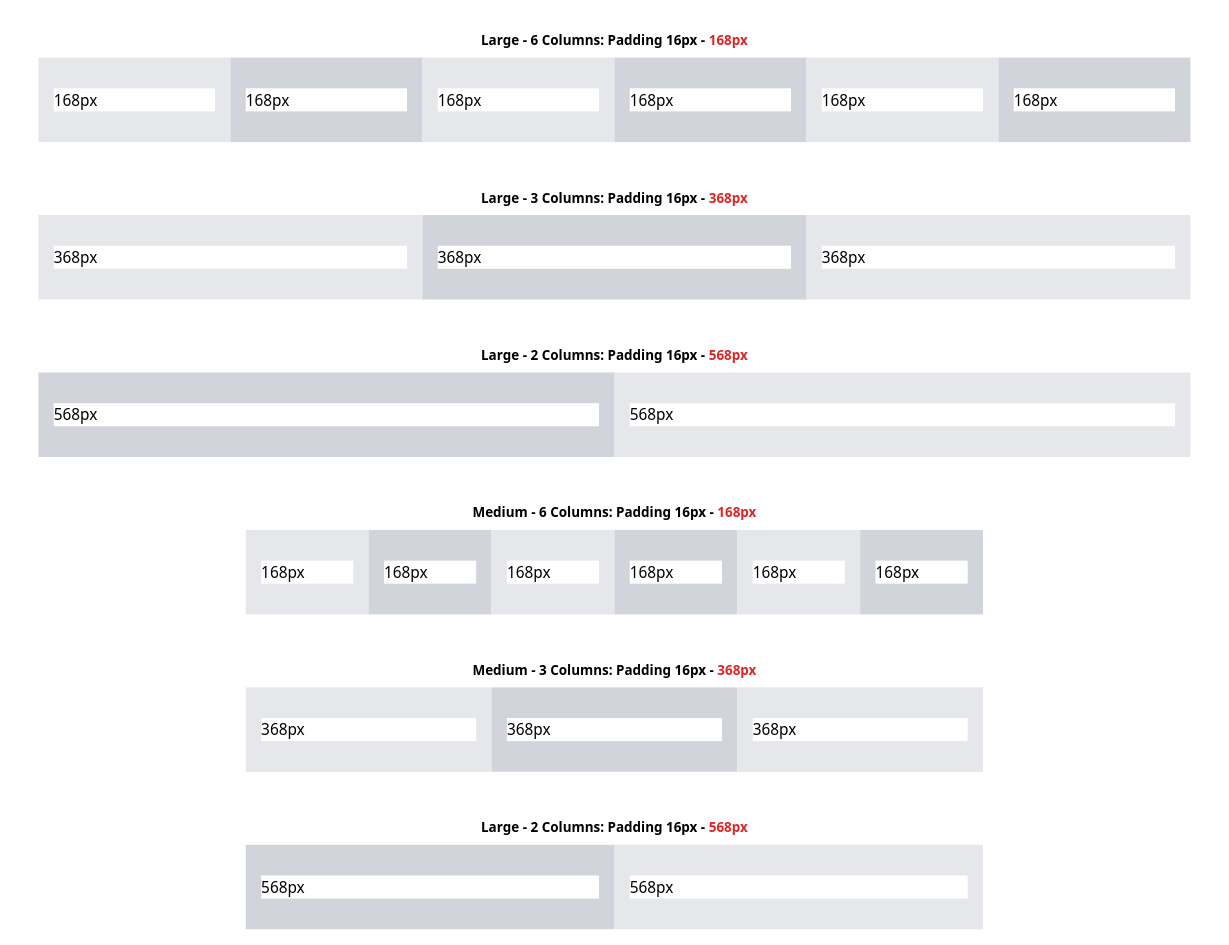
Repository: fabianwurk/vue-tailwind
Page: /
These files come from the project's save history. The page is drawn as it stood at one moment and after the next save; the edit follows.
The browser window is 1280 px wide. The pictures show the whole page, at 96% of full size.
The project was rebuilt for these pictures with package versions that can differ from the ones it lists, and the page was loaded fresh each time. Also part of the build but not shown: vite.config.js.

Above is the page before, as saved 2021-03-16 00:27:26.

### src/App.vue
<template>
  <Large />
  <Medium />
</template>

<script setup>
import Large from './components/Large.vue';
import Medium from './components/Medium.vue';

</script>

### src/components/Large.vue
<template>
  <div>

  <div class="container mx-auto">
    <h2 class="text-sm font-bold mb-2 mt-8 text-center">Large - 6 Columns: Padding 16px - <span class="text-red-600">{{ sixCol }}</span></h2>
    <div class="flex items-center">
      <div class="w-1/6 bg-gray-200 mb-4 mt-0 py-8 px-4">
        <span class="bg-white w-full block">{{ sixCol }}</span>
      </div>
      <div class="w-1/6 bg-gray-300 mb-4 mt-0 py-8 px-4">
        <span class="bg-white w-full block">{{ sixCol }}</span>
      </div>
      <div class="w-1/6 bg-gray-200 mb-4 mt-0 py-8 px-4">
        <span class="bg-white w-full block">{{ sixCol }}</span>
      </div>
      <div class="w-1/6 bg-gray-300 mb-4 mt-0 py-8 px-4">
        <span class="bg-white w-full block">{{ sixCol }}</span>
      </div>
      <div class="w-1/6 bg-gray-200 mb-4 mt-0 py-8 px-4">
        <span class="bg-white w-full block">{{ sixCol }}</span>
      </div>
      <div class="w-1/6 bg-gray-300 mb-4 mt-0 py-8 px-4">
        <span class="bg-white w-full block">{{ sixCol }}</span>
      </div>
    </div>
  </div>

  <div class="container mx-auto">
    <h2 class="text-sm font-bold mb-2 mt-8 text-center">Large - 3 Columns: Padding 16px - <span class="text-red-600">{{ threeCol }}</span></h2>
    <div class="flex items-center">
      <div class="w-1/3 bg-gray-200 mb-4 mt-0 py-8 px-4">
        <span class="bg-white w-full block">{{ threeCol }}</span>
      </div>
      <div class="w-1/3 bg-gray-300 mb-4 mt-0 py-8 px-4">
        <span class="bg-white w-full block">{{ threeCol }}</span>
      </div>
      <div class="w-1/3 bg-gray-200 mb-4 mt-0 py-8 px-4">
        <span class="bg-white w-full block">{{ threeCol }}</span>
      </div>
    </div>
  </div>

  <div class="container mx-auto">
    <h2 class="text-sm font-bold mb-2 mt-8 text-center">Large - 2 Columns: Padding 16px - <span class="text-red-600">{{ twoCol }}</span></h2>
    <div class="flex items-center">
      <div class="w-1/2 bg-gray-300 mb-4 mt-0 py-8 px-4">
        <span class="bg-white w-full block">{{ twoCol }}</span>
      </div>
      <div class="w-1/2 bg-gray-200 mb-4 mt-0 py-8 px-4">
        <span class="bg-white w-full block">{{ twoCol }}</span>
      </div>
    </div>
  </div>

  </div>
</template>

<script>
export default {
  data() {
    return {
      sixCol: "168px",
      threeCol: "368px",
      twoCol: "568px",
    };
  },
}
</script>

### src/components/Medium.vue
<template>
  <div>

  <div class="max-w-3xl mx-auto">
    <h2 class="text-sm font-bold mb-2 mt-8 text-center">Medium - 6 Columns: Padding 16px - <span class="text-red-600">{{ sixCol }}</span></h2>
    <div class="flex items-center">
      <div class="w-1/6 bg-gray-200 mb-4 mt-0 py-8 px-4">
        <span class="bg-white w-full block">{{ sixCol }}</span>
      </div>
      <div class="w-1/6 bg-gray-300 mb-4 mt-0 py-8 px-4">
        <span class="bg-white w-full block">{{ sixCol }}</span>
      </div>
      <div class="w-1/6 bg-gray-200 mb-4 mt-0 py-8 px-4">
        <span class="bg-white w-full block">{{ sixCol }}</span>
      </div>
      <div class="w-1/6 bg-gray-300 mb-4 mt-0 py-8 px-4">
        <span class="bg-white w-full block">{{ sixCol }}</span>
      </div>
      <div class="w-1/6 bg-gray-200 mb-4 mt-0 py-8 px-4">
        <span class="bg-white w-full block">{{ sixCol }}</span>
      </div>
      <div class="w-1/6 bg-gray-300 mb-4 mt-0 py-8 px-4">
        <span class="bg-white w-full block">{{ sixCol }}</span>
      </div>
    </div>
  </div>

  <div class="max-w-3xl mx-auto">
    <h2 class="text-sm font-bold mb-2 mt-8 text-center">Medium - 3 Columns: Padding 16px - <span class="text-red-600">{{ threeCol }}</span></h2>
    <div class="flex items-center">
      <div class="w-1/3 bg-gray-200 mb-4 mt-0 py-8 px-4">
        <span class="bg-white w-full block">{{ threeCol }}</span>
      </div>
      <div class="w-1/3 bg-gray-300 mb-4 mt-0 py-8 px-4">
        <span class="bg-white w-full block">{{ threeCol }}</span>
      </div>
      <div class="w-1/3 bg-gray-200 mb-4 mt-0 py-8 px-4">
        <span class="bg-white w-full block">{{ threeCol }}</span>
      </div>
    </div>
  </div>

  <div class="max-w-3xl mx-auto">
    <h2 class="text-sm font-bold mb-2 mt-8 text-center">Large - 2 Columns: Padding 16px - <span class="text-red-600">{{ twoCol }}</span></h2>
    <div class="flex items-center">
      <div class="w-1/2 bg-gray-300 mb-4 mt-0 py-8 px-4">
        <span class="bg-white w-full block">{{ twoCol }}</span>
      </div>
      <div class="w-1/2 bg-gray-200 mb-4 mt-0 py-8 px-4">
        <span class="bg-white w-full block">{{ twoCol }}</span>
      </div>
    </div>
  </div>

  </div>
</template>

<script>
export default {
  data() {
    return {
      sixCol: "168px",
      threeCol: "368px",
      twoCol: "568px",
    };
  },
}
</script>

### tailwind.config.js
module.exports = {
  purge: ['./index.html', './src/**/*.{vue,js,ts,jsx,tsx}'],
  darkMode: false, // or 'media' or 'class'
  theme: {
    extend: {
      container: {
        'md': {'max': '768px'},
      },
      screens: {
        'xl': {'min': '1200px', 'max': '1280px'},
        '2xl': {'max': '1280px'},
      },
    },
  },
  variants: {
    extend: {},
  },
  plugins: [],
}

Loaded but not shown: index.html (common file); src/main.js (common file); src/index.css (common file)

After the next save:
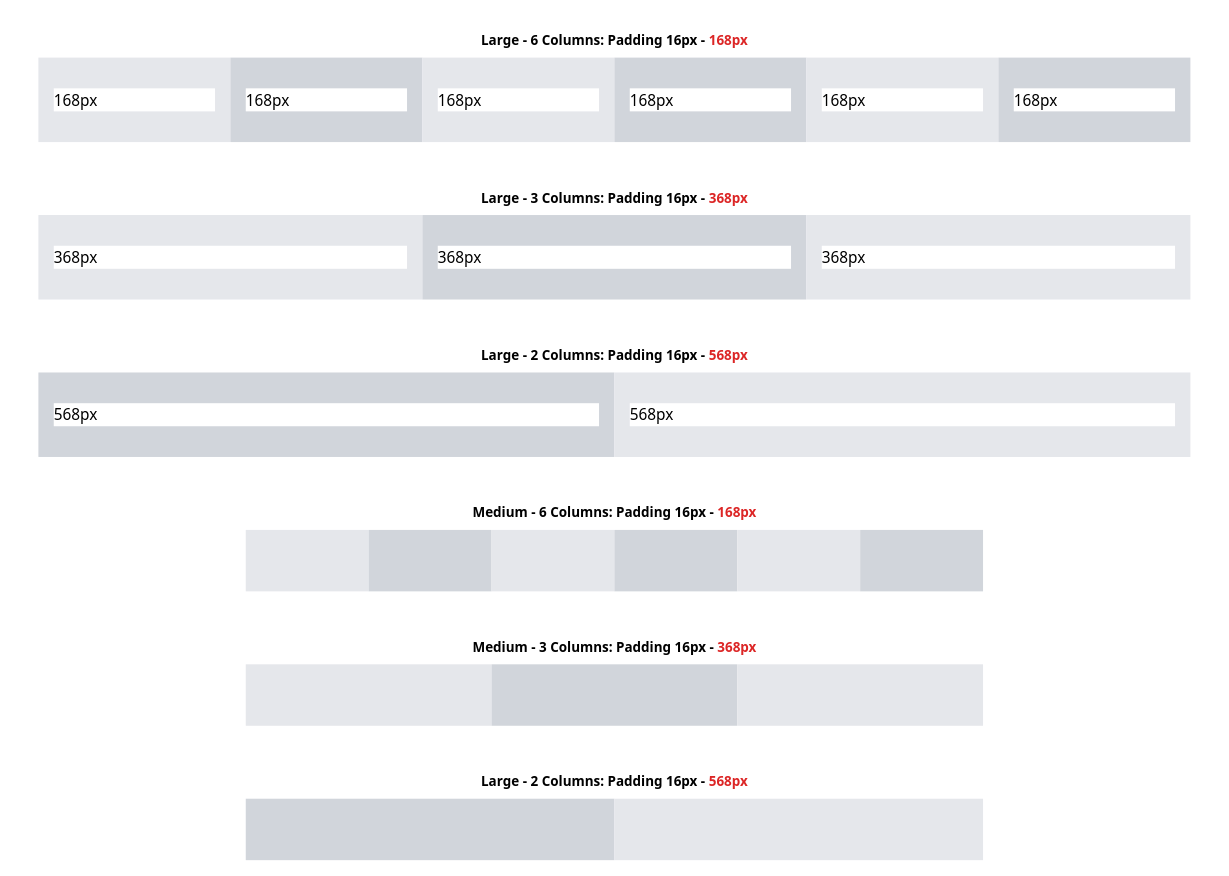
Saved 35 s later.
--- a/src/components/Medium.vue
+++ b/src/components/Medium.vue
@@ -2,7 +2,7 @@
   <div>
 
   <div class="max-w-3xl mx-auto">
-    <h2 class="text-sm font-bold mb-2 mt-8 text-center">Medium - 6 Columns: Padding 16px - <span class="text-red-600">{{ sixCol }}</span></h2>
+    <h2 class="text-sm font-bold mb-2 mt-8 text-center">Medium - 6 Columns: Padding 16px - <span class="text-red-600">{{ sixColMd }}</span></h2>
     <div class="flex items-center">
       <div class="w-1/6 bg-gray-200 mb-4 mt-0 py-8 px-4">
         <span class="bg-white w-full block">{{ sixCol }}</span>
@@ -26,7 +26,7 @@
   </div>
 
   <div class="max-w-3xl mx-auto">
-    <h2 class="text-sm font-bold mb-2 mt-8 text-center">Medium - 3 Columns: Padding 16px - <span class="text-red-600">{{ threeCol }}</span></h2>
+    <h2 class="text-sm font-bold mb-2 mt-8 text-center">Medium - 3 Columns: Padding 16px - <span class="text-red-600">{{ threeColMd }}</span></h2>
     <div class="flex items-center">
       <div class="w-1/3 bg-gray-200 mb-4 mt-0 py-8 px-4">
         <span class="bg-white w-full block">{{ threeCol }}</span>
@@ -41,7 +41,7 @@
   </div>
 
   <div class="max-w-3xl mx-auto">
-    <h2 class="text-sm font-bold mb-2 mt-8 text-center">Large - 2 Columns: Padding 16px - <span class="text-red-600">{{ twoCol }}</span></h2>
+    <h2 class="text-sm font-bold mb-2 mt-8 text-center">Large - 2 Columns: Padding 16px - <span class="text-red-600">{{ twoColMd }}</span></h2>
     <div class="flex items-center">
       <div class="w-1/2 bg-gray-300 mb-4 mt-0 py-8 px-4">
         <span class="bg-white w-full block">{{ twoCol }}</span>
@@ -59,9 +59,9 @@
 export default {
   data() {
     return {
-      sixCol: "168px",
-      threeCol: "368px",
-      twoCol: "568px",
+      sixColMd: "168px",
+      threeColMd: "368px",
+      twoColMd: "568px",
     };
   },
 }

After the save that followed:
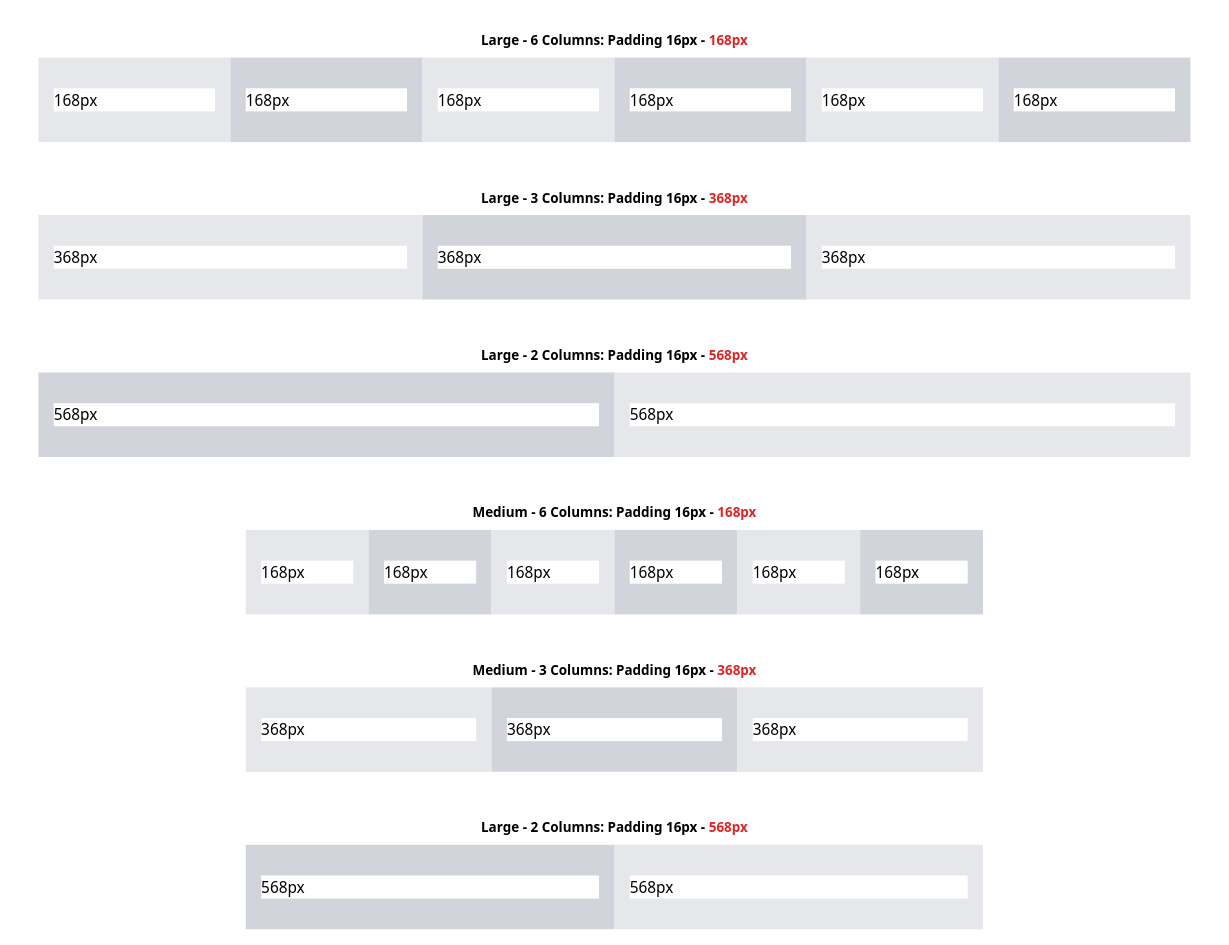
Saved 42 s later.
--- a/src/components/Medium.vue
+++ b/src/components/Medium.vue
@@ -5,22 +5,22 @@
     <h2 class="text-sm font-bold mb-2 mt-8 text-center">Medium - 6 Columns: Padding 16px - <span class="text-red-600">{{ sixColMd }}</span></h2>
     <div class="flex items-center">
       <div class="w-1/6 bg-gray-200 mb-4 mt-0 py-8 px-4">
-        <span class="bg-white w-full block">{{ sixCol }}</span>
+        <span class="bg-white w-full block">{{ sixColMd }}</span>
       </div>
       <div class="w-1/6 bg-gray-300 mb-4 mt-0 py-8 px-4">
-        <span class="bg-white w-full block">{{ sixCol }}</span>
+        <span class="bg-white w-full block">{{ sixColMd }}</span>
       </div>
       <div class="w-1/6 bg-gray-200 mb-4 mt-0 py-8 px-4">
-        <span class="bg-white w-full block">{{ sixCol }}</span>
+        <span class="bg-white w-full block">{{ sixColMd }}</span>
       </div>
       <div class="w-1/6 bg-gray-300 mb-4 mt-0 py-8 px-4">
-        <span class="bg-white w-full block">{{ sixCol }}</span>
+        <span class="bg-white w-full block">{{ sixColMd }}</span>
       </div>
       <div class="w-1/6 bg-gray-200 mb-4 mt-0 py-8 px-4">
-        <span class="bg-white w-full block">{{ sixCol }}</span>
+        <span class="bg-white w-full block">{{ sixColMd }}</span>
       </div>
       <div class="w-1/6 bg-gray-300 mb-4 mt-0 py-8 px-4">
-        <span class="bg-white w-full block">{{ sixCol }}</span>
+        <span class="bg-white w-full block">{{ sixColMd }}</span>
       </div>
     </div>
   </div>
@@ -29,13 +29,13 @@
     <h2 class="text-sm font-bold mb-2 mt-8 text-center">Medium - 3 Columns: Padding 16px - <span class="text-red-600">{{ threeColMd }}</span></h2>
     <div class="flex items-center">
       <div class="w-1/3 bg-gray-200 mb-4 mt-0 py-8 px-4">
-        <span class="bg-white w-full block">{{ threeCol }}</span>
+        <span class="bg-white w-full block">{{ threeColMd }}</span>
       </div>
       <div class="w-1/3 bg-gray-300 mb-4 mt-0 py-8 px-4">
-        <span class="bg-white w-full block">{{ threeCol }}</span>
+        <span class="bg-white w-full block">{{ threeColMd }}</span>
       </div>
       <div class="w-1/3 bg-gray-200 mb-4 mt-0 py-8 px-4">
-        <span class="bg-white w-full block">{{ threeCol }}</span>
+        <span class="bg-white w-full block">{{ threeColMd }}</span>
       </div>
     </div>
   </div>
@@ -44,10 +44,10 @@
     <h2 class="text-sm font-bold mb-2 mt-8 text-center">Large - 2 Columns: Padding 16px - <span class="text-red-600">{{ twoColMd }}</span></h2>
     <div class="flex items-center">
       <div class="w-1/2 bg-gray-300 mb-4 mt-0 py-8 px-4">
-        <span class="bg-white w-full block">{{ twoCol }}</span>
+        <span class="bg-white w-full block">{{ twoColMd }}</span>
       </div>
       <div class="w-1/2 bg-gray-200 mb-4 mt-0 py-8 px-4">
-        <span class="bg-white w-full block">{{ twoCol }}</span>
+        <span class="bg-white w-full block">{{ twoColMd }}</span>
       </div>
     </div>
   </div>
